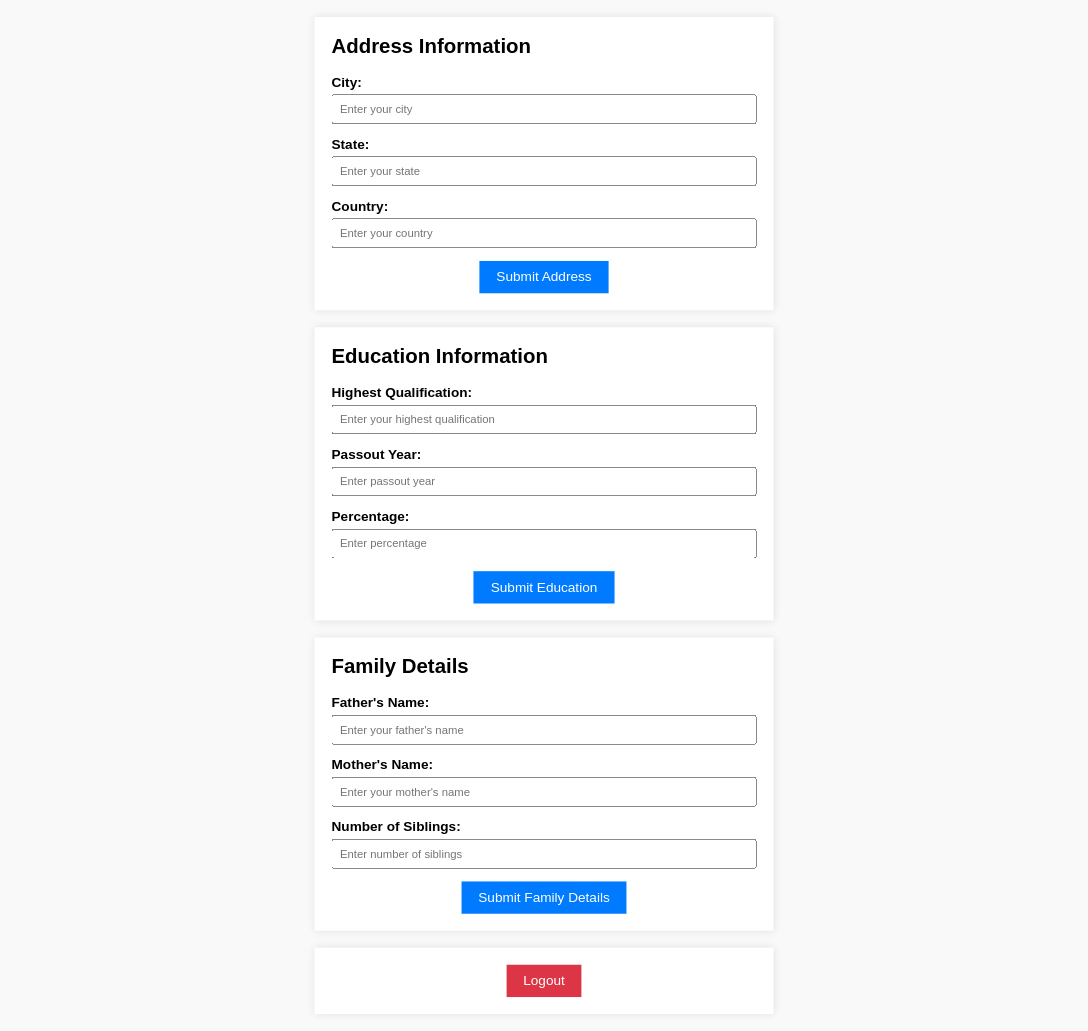
Repository: rahulmadasuongole/Demo
Page: firstwedapp/build/classes/webapp/Dashboardhtml.html
An editor plug-in stored every save of this project. The page is shown before and after the next save, followed by the edit.
The browser window is 1280 px wide. The pictures show the whole page, at 85% of full size.

Above is the page before, as saved 2025-03-06 09:26:30.

### firstwedapp/build/classes/webapp/Dashboardhtml.html
<!DOCTYPE html>
<html lang="en">
<head>
  <meta charset="UTF-8">
  <meta name="viewport" content="width=device-width, initial-scale=1">
  <title>Dashboard Forms with Family Details</title>
  <style>
    body {
      font-family: Arial, sans-serif;
      margin: 20px;
      background-color: #f9f9f9;
    }
    .container {
      max-width: 500px;
      margin: 20px auto;
      background: #fff;
      padding: 20px;
      box-shadow: 0 0 10px rgba(0,0,0,0.1);
    }
    .container h2 {
      margin-top: 0;
    }
    .form-field {
      margin-bottom: 15px;
    }
    .form-field label {
      display: block;
      margin-bottom: 5px;
      font-weight: bold;
    }
    .form-field input, .form-field select {
      width: 100%;
      padding: 8px;
      box-sizing: border-box;
    }
    .form-button {
      text-align: center;
    }
    .form-button button {
      padding: 10px 20px;
      font-size: 16px;
      background-color: #007BFF;
      color: #fff;
      border: none;
      cursor: pointer;
    }
    .form-button button:hover {
      background-color: #0056b3;
    }
    .logout-button {
      text-align: center;
      margin-top: 20px;
    }
    .logout-button button {
      padding: 10px 20px;
      font-size: 16px;
      background-color: #dc3545;
      color: #fff;
      border: none;
      cursor: pointer;
    }
    .logout-button button:hover {
      background-color: #c82333;
    }
  </style>
</head>
<body>

  <!-- Address Form -->
  <div class="container">
    <h2>Address Information</h2>
    <form id="addressForm">
      <div class="form-field">
        <label for="city">City:</label>
        <input type="text" id="city" name="city" placeholder="Enter your city" required>
      </div>
      <div class="form-field">
        <label for="state">State:</label>
        <input type="text" id="state" name="state" placeholder="Enter your state" required>
      </div>
      <div class="form-field">
        <label for="country">Country:</label>
        <input type="text" id="country" name="country" placeholder="Enter your country" required>
      </div>
      <div class="form-button">
        <button type="submit">Submit Address</button>
      </div>
    </form>
  </div>

  <!-- Education Form -->
  <div class="container">
    <h2>Education Information</h2>
    <form id="educationForm">
      <div class="form-field">
        <label for="qualification">Highest Qualification:</label>
        <input type="text" id="qualification" name="qualification" placeholder="Enter your highest qualification" required>
      </div>
      <div class="form-field">
        <label for="passoutYear">Passout Year:</label>
        <input type="number" id="passoutYear" name="passoutYear" placeholder="Enter passout year" required>
      </div>
      <div class="form-field">
        <label for="percentage">Percentage:</label>
        <input type="number" step="0.01" id="percentage" name="percentage" placeholder="Enter percentage" required>
      </div>
      <div class="form-button">
        <button type="submit">Submit Education</button>
      </div>
    </form>
  </div>

  <!-- Family Details Form -->
  <div class="container">
    <h2>Family Details</h2>
    <form id="familyForm">
      <div class="form-field">
        <label for="fatherName">Father's Name:</label>
        <input type="text" id="fatherName" name="fatherName" placeholder="Enter your father's name" required>
      </div>
      <div class="form-field">
        <label for="motherName">Mother's Name:</label>
        <input type="text" id="motherName" name="motherName" placeholder="Enter your mother's name" required>
      </div>
      <div class="form-field">
        <label for="siblings">Number of Siblings:</label>
        <input type="number" id="siblings" name="siblings" placeholder="Enter number of siblings" required>
      </div>
      <div class="form-button">
        <button type="submit">Submit Family Details</button>
      </div>
    </form>
  </div>

  <!-- Logout Button -->
  <div class="container logout-button">
    <button id="logoutButton">Logout</button>
  </div>

  <script>
    // Address Form Submission
    document.getElementById('addressForm').addEventListener('submit', function(e) {
      e.preventDefault();
      const city = document.getElementById('city').value;
      const state = document.getElementById('state').value;
      const country = document.getElementById('country').value;
      console.log('Address Submitted:', { city, state, country });
      alert("Address details submitted!");
    });

    // Education Form Submission
    document.getElementById('educationForm').addEventListener('submit', function(e) {
      e.preventDefault();
      const qualification = document.getElementById('qualification').value;
      const passoutYear = document.getElementById('passoutYear').value;
      const percentage = document.getElementById('percentage').value;
      console.log('Education Submitted:', { qualification, passoutYear, percentage });
      alert("Education details submitted!");
    });

    // Family Form Submission
    document.getElementById('familyForm').addEventListener('submit', function(e) {
      e.preventDefault();
      const fatherName = document.getElementById('fatherName').value;
      const motherName = document.getElementById('motherName').value;
      const siblings = document.getElementById('siblings').value;
      console.log('Family Details Submitted:', { fatherName, motherName, siblings });
      alert("Family details submitted!");
    });

    // Logout Button Click Handler
    document.getElementById('logoutButton').addEventListener('click', function() {
      console.log("Logout button clicked!");
      // Implement logout functionality here
      alert("You have been logged out.");
      // For example, you could redirect the user:
      // window.location.href = 'login.html';
    });
  </script>

</body>
</html>

After the next save:
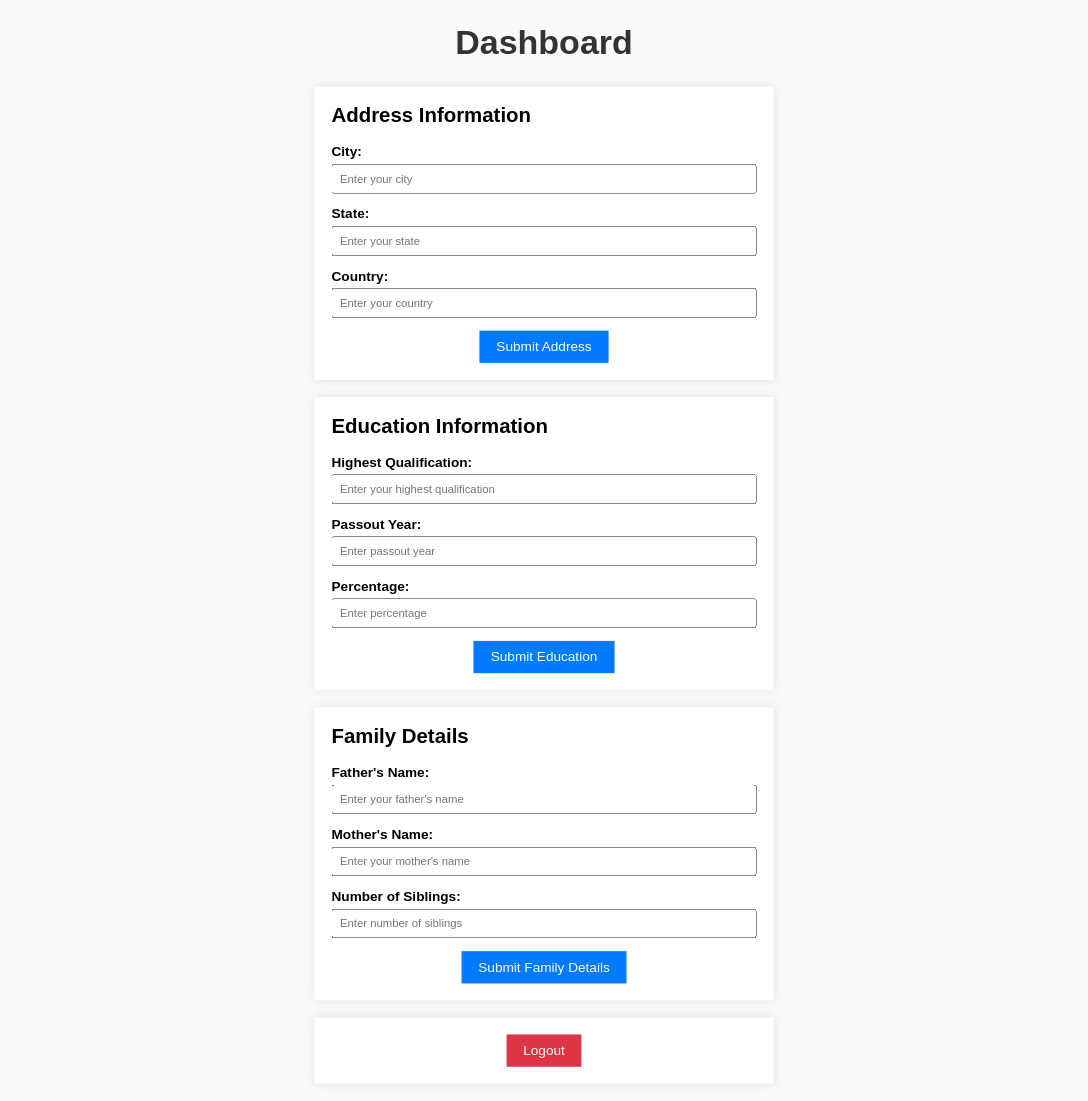
Saved 3 min 15 s later.
--- a/firstwedapp/build/classes/webapp/Dashboardhtml.html
+++ b/firstwedapp/build/classes/webapp/Dashboardhtml.html
@@ -1,3 +1,5 @@
+
+
 <!DOCTYPE html>
 <html lang="en">
 <head>
@@ -9,6 +11,14 @@
       font-family: Arial, sans-serif;
       margin: 20px;
       background-color: #f9f9f9;
+    }
+    header {
+      text-align: center;
+      margin-bottom: 30px;
+    }
+    header h1 {
+      font-size: 2.5em;
+      color: #333;
     }
     .container {
       max-width: 500px;
@@ -65,6 +75,11 @@
   </style>
 </head>
 <body>
+
+  <!-- Dashboard Header -->
+  <header>
+    <h1>Dashboard</h1>
+  </header>
 
   <!-- Address Form -->
   <div class="container">
